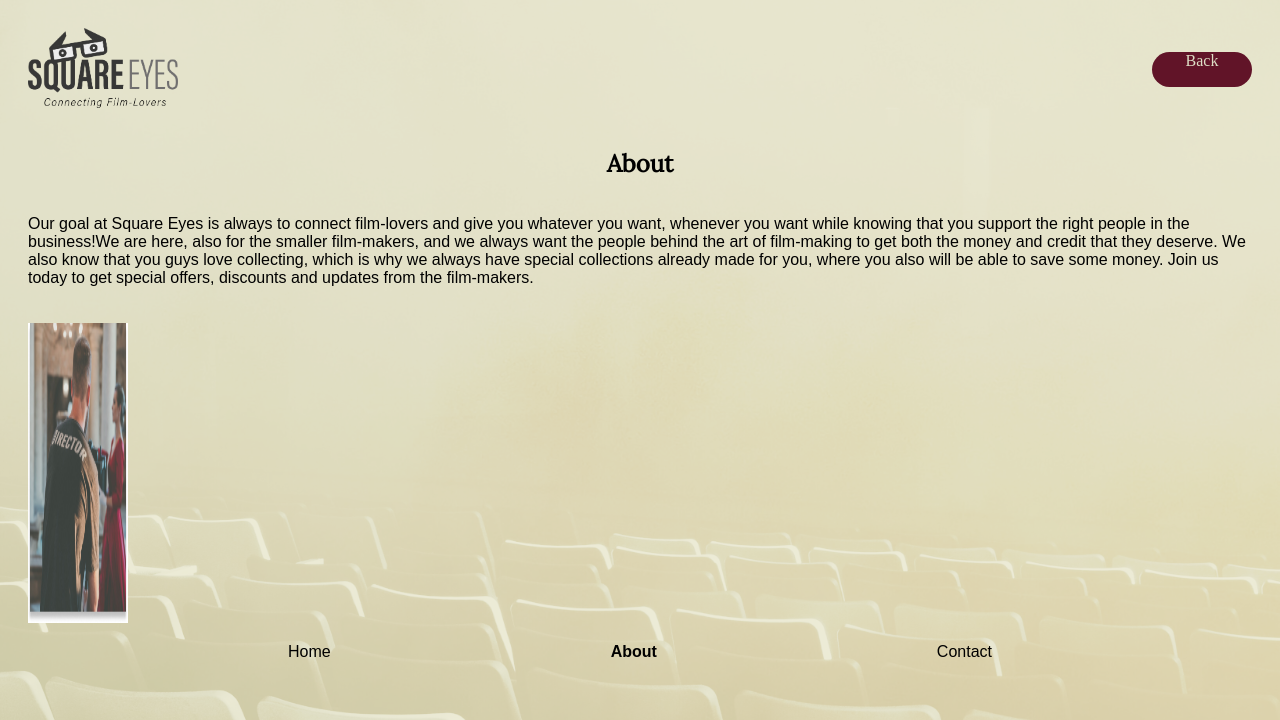
Repository: Noroff-FEU-Assignments/cross-course-project-Bekkholt
Page: about.html
An editor plug-in stored every save of this project. The page is shown before and after the next save, followed by the edit.
The browser window is 1280 px wide. The pictures show the whole page.

Above is the page before, as saved 2022-11-03 12:50:37.

### about.html
<!DOCTYPE html>
<html>
  <head>
    <title>Square Eyes | About</title>
    <meta name="description" content="Square Eyes - Connecting film lovers." />
    <meta name="viewport" content="width=device-width, initial-scale=1" />
    <link href="css/index.css" rel="stylesheet">
    <link rel="preconnect" href="https://fonts.googleapis.com">
    <link rel="preconnect" href="https://fonts.gstatic.com" crossorigin>
    <link href="https://fonts.googleapis.com/css2?family=Lora&display=swap" rel="stylesheet">
  </head>
  <body>
    <header>
      <a href="index.html"><img class="logo" src="images/SquareEyes_Logo.png" alt="Square Eyes logo"></a>
      <a href="index.html" class="cta">Back</a>
    </header>
    <main>
    <h1>About</h1>
    <p>
        Our goal at Square Eyes is always to connect film-lovers and give you whatever you want, whenever you want while knowing that you support the right people in the business!We are here, also for the smaller film-makers, and we always want the people behind the art of film-making to get both the money and credit that they deserve.

        We also know that you guys love collecting, which is why we always have special collections already made for you, where you also will be able to save some money.

        Join us today to get special offers, discounts and updates from the film-makers.
    </p>
    <img class="director_photo" src="images/Rectangle 48.jpg" alt="Director filming a scene">
  </main>
  <footer>
    <nav>
      <ul>
        <li><a href="index.html">Home</a></li>
        <li><a href="about.html" class="active">About</a></li>
        <li><a href="contact.html">Contact</a></li>
      </ul>
    </nav>
  </footer>
  </body>
</html>

### css/index.css
html {
    background: url(../images/alex-avalos-dnUNjIUCg5c-unsplash.jpg);
    background-size: cover;
    background-repeat: no-repeat;
    background-blend-mode:soft-light;
    background-color: #ddddc5;
    min-height: 100%;
}

h1, h2 {
    font-family: 'Lora', serif;
    font: bold;
    font-size: x-large;
    text-align: center;
    font-weight: bold;
}

p {
    font-family: 'DM Sans', sans-serif;
    color: #000000;
    text-align: left;
    padding: 20px;
}

form {
    color: #000000;
    display: flex;
    flex-direction: column;
    padding: 10px 85px 10px 85px;
}

header {
display: flex;
flex-direction: row;
justify-content: space-between;
align-items: center;
padding: 20px;
}

input[type=text] [type=email] {
    padding: 10px;
    width: 100%;
}

.genre, .price {
    display: flex;
    flex-direction: row;
    justify-content: space-around;
}

.price {
    padding-top: 0px;
    padding-bottom: 10px;
}

.hobbs, .godzilla, .batman,
.toy-story, .addams, .sweetheart, .hollywood, .scream, .director_photo {
    max-width: 100px;
    margin: 0px;
}

.collections {
    display: flex;
    flex-direction: row;
    justify-content: space-around;
}

.cta {
    background-color: #611428;
    color: #ddddc5;
    border-radius: 50px;
    width: 100px;
    height: 35px;
    text-decoration: none;
    text-align: center;
}

.submit {
align-self: center;
}

.logo {
    max-width: 150px;
    padding: 0px;
}

ul a {
    font-family: 'DM Sans', sans-serif;
    color: #000000;
    text-decoration: none;
}

ul {
    list-style: none;
    display: flex;
    flex-direction: row;
    justify-content: space-evenly;
    padding: 0%;
}

.active {
    font-weight: bold;
}

.allproducts {
    display: flex;
    flex-direction: row;
}

.addams__specific {
    max-width: 50%;
    max-height: 50%;
    padding: 95px;
    padding-top: 20px;
    padding-bottom: 20px;
}

.checkmark {
    padding-left: 155px;
}

.checkout_buttons {
    display: flex;
    flex-direction: column;
    align-items: center;
    padding-top: 5px;
}

.index {
    text-align: left;
    padding-left: 15px;
}

.continue {
    text-align: center;
    padding: 0px;
}

.congratulations {
    color: #611428;
    font-size: xx-large;
}

.director_photo {
    padding-left: 20px;
    image-rendering: optimizeQuality;
    height: 300px;
    width: 100px;
}

input, textarea  {
    margin-bottom: 5px;
    border-radius: 10px;
    background-color: #ddddc5;
}

.small_form {
    display: flex;
    flex-direction: row;
    justify-content: center space-around;
    width: 95px;
}

.paypal {
    width: 80px;
    height: 60px;
    border-radius: 90px;
    display: flex;
    align-self: center;
    background-image: url(../images/logos_paypal.png);
    background-repeat: no-repeat;
    background-position: 50%;
}

After the next save:
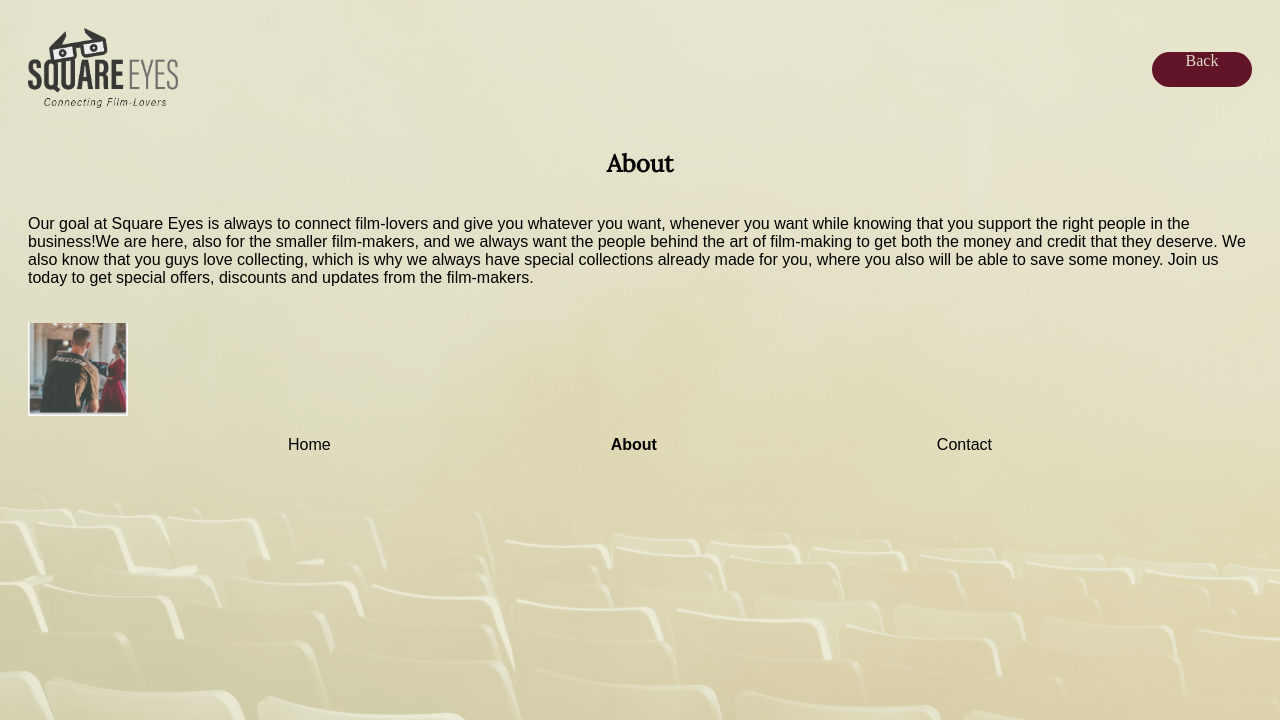
Saved 10 s later.
--- a/css/index.css
+++ b/css/index.css
@@ -143,9 +143,6 @@
 
 .director_photo {
     padding-left: 20px;
-    image-rendering: optimizeQuality;
-    height: 300px;
-    width: 100px;
 }
 
 input, textarea  {
